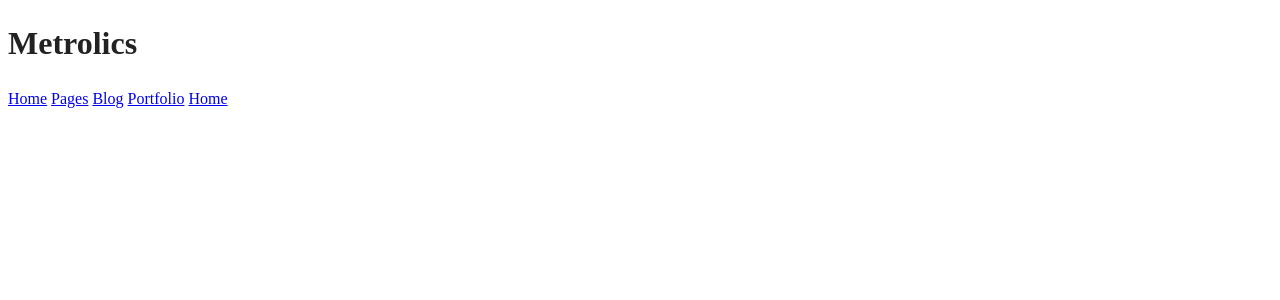
Repository: jgache/LAB-02A
Page: index.html
An editor plug-in stored every save of this project. The page is shown before and after a run of saves, followed by the edit.
The browser window is 1280 px wide. The pictures show the whole page.

Above is the page before, as saved 2024-01-22 21:58:15.

After the next 5 saves:
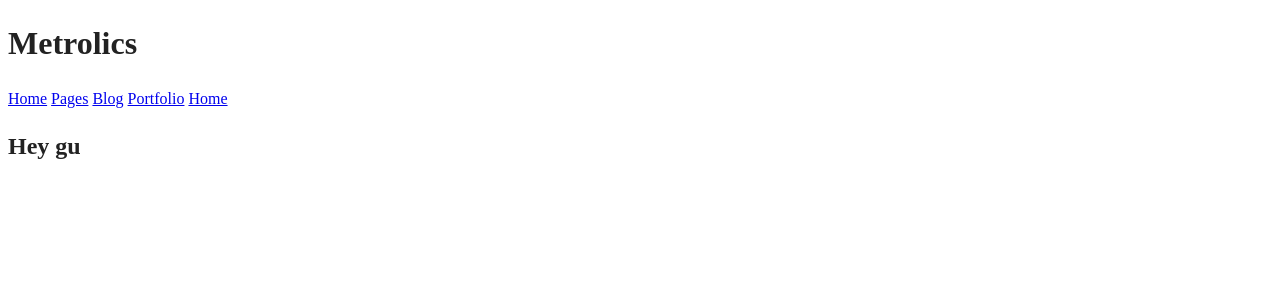
The 5 saves are shown as one change because they came seconds apart.
The last was saved 3 min 21 s later.
--- a/index.html
+++ b/index.html
@@ -47,6 +47,7 @@
   <main>
 
     <section class="text">
+      <h2> Hey gu</h2>
 
     </section>
 
